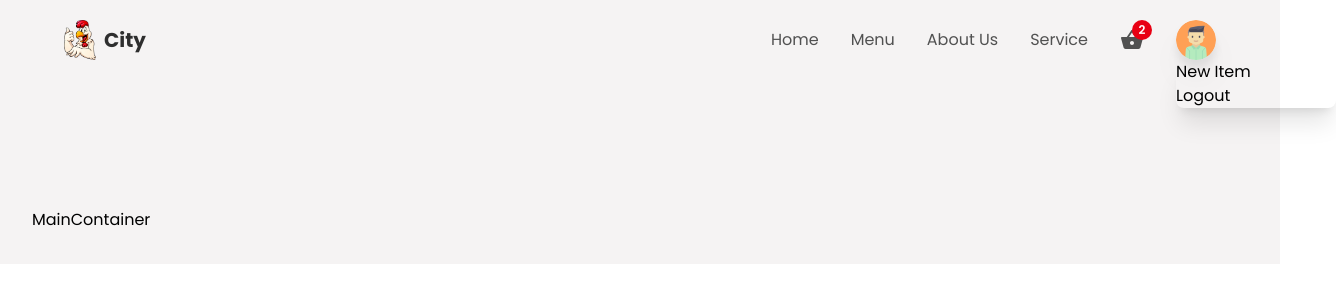
Repository: shorifuddin2/Responsive-Navbar-Redux-
Page: /
An editor plug-in stored every save of this project. The page is shown before and after a run of saves, followed by the edit.
The browser window is 1280 px wide. The page is 1336 px wide, so the pictures cover 1336 px, including what lies to the right of the window. The pictures show the whole page.
The project was rebuilt for these pictures with package versions that can differ from the ones it lists, and the page was loaded fresh each time. Also part of the build but not shown: src/Component/CreateContainer.jsx.

Above is the page before, as saved 2022-06-26 23:16:48.

### src/index.js
import React from "react";
import ReactDOM from "react-dom";
import './index.css'

import { BrowserRouter as Router } from "react-router-dom";

import App from './App'
import { StateProvider } from "./Component/context/StateProvider";
import { initialState } from "./Component/context/initalState";
import reducer from "./Component/context/reducer";

ReactDOM.render(
<Router>
<StateProvider initialState={initialState} reducer={reducer}>
    <App/>
</StateProvider>
</Router>
,

document.getElementById("root"));

### src/index.css
@import url(https://fonts.googleapis.com/css?family=Poppins:100,100italic,200,200italic,300,300italic,regular,italic,500,500italic,600,600italic,700,700italic,800,800italic,900,900italic);

*{
    margin: 0;
    padding: 0;
    box-sizing: border-box;
}

body{
    font-family: 'Poppins',sans-serif, system-ui, -apple-system, BlinkMacSystemFont, 'Segoe UI', Roboto, Oxygen, Ubuntu, Cantarell, 'Open Sans', 'Helvetica Neue', sans-serif;
}

html,
body{
    scroll-behavior: smooth;
}

@tailwind base;
@tailwind components;
@tailwind utilities;

### src/App.js
import React from 'react';
import { Routes, Route } from 'react-router-dom';
import { AnimatePresence } from 'framer-motion';
import { CreateContainer, Header, MainContainer } from './Component';

const App = () => {
    return (
       <AnimatePresence>
         <div className='w-screen h-auto flex-col bg-primary'>
            <Header/>

            <main className='mt-24 p-8 w-full'>
                 <Routes>
                    <Route path="/*" element={<MainContainer/>}/>
                    <Route path="/createItem" element={<CreateContainer/>}/>
                 </Routes>
            </main>
        </div>
       </AnimatePresence>
    );
};

export default App;

### src/Component/context/StateProvider.js
import React, {createContext, useContext, useReducer} from "react";

export const StateContext = createContext();

export const StateProvider =({reducer, initialState, children})=>(

    <StateContext.Provider value={useReducer(reducer, initialState)}>
        {children}
    </StateContext.Provider>
);


    export const useStateValue = () => useContext(StateContext)

### src/Component/context/initalState.js
import { fetchUser } from "../../utils/fetchLocalStorageData"


const userInfo = fetchUser()

export const initialState = {
    user: userInfo,
}

### src/Component/context/reducer.js
export const actionType ={
    SET_USER: "SET_USER",
};

const reducer = (state, action) =>{
    console.log(action);

    switch (action.type){
        case actionType.SET_USER:
            return{
                ...state,
                user: action.user,
            };
    }
}

export default reducer;

### src/Component/index.js
export {default as Header} from "./Header";
export {default as MainContainer} from "./MainContainer";
export {default as CreateContainer} from "./CreateContainer";

### src/utils/fetchLocalStorageData.js
export const fetchUser =()=>{
    const userInfo = localStorage.getItem("user") !== "undefined"
    ? JSON.parse(localStorage.getItem("user"))
    : localStorage.clear();
    return userInfo;
};

### src/Component/Header.jsx
import React from 'react';
import {MdShoppingBasket} from "react-icons/md"
import { motion} from "framer-motion";
import Logo from "../img/logo.png";
import Avatar from "../img/avatar.png"
import { Link } from 'react-router-dom';

import { getAuth, signInWithPopup, GoogleAuthProvider } from "firebase/auth";
import { app } from '../firebase.config';
import { async } from '@firebase/util';
import { useStateValue } from './context/StateProvider';
import { actionType } from './context/reducer';

const Header = () => {

    const firebaseAuth = getAuth(app);
    const provider = new GoogleAuthProvider();

    const[{user}, dispatch] = useStateValue()

    const Login = async ()=>{
        if(!user){
            const {user : {refreshToken, providerData}} = await signInWithPopup(firebaseAuth, provider);
            dispatch({
            type : actionType.SET_USER,
            user: providerData[0],
        })
        localStorage.setItem("user", JSON.stringify(providerData[0]));
        }
    }
    return (
        <header className='flexed z-50 w-screen p-5 px-16'>
            {/* desktop & tablet */}
            <div className='hidden md:flex w-full h-full items-center justify-between'>
                <Link to={"/"} className='flex items-center gap-2'>
                <img src={Logo} className="w-8 object-cover" alt="logo" />
                    <p className='text-headingColor text-xl font-bold'>City</p>
                </Link>

                <div className='flex items-center gap-8'>
                <ul className='flex items-center gap-8'>
                    <li className='text-base text-textColor hover:text-headingColor duration-100 transition-all ease-in-out cursor-pointer'>Home</li>
                    <li className='text-base text-textColor hover:text-headingColor duration-100 transition-all ease-in-out cursor-pointer'>Menu</li>
                    <li className='text-base text-textColor hover:text-headingColor duration-100 transition-all ease-in-out cursor-pointer'>About Us</li>
                    <li className='text-base text-textColor hover:text-headingColor duration-100 transition-all ease-in-out cursor-pointer'>Service</li>
                </ul>

                <div className='relative flex items-center justify-center'>
                    <MdShoppingBasket className='text-textColor text-2xl cursor-pointer'/>
                    <div className='absolute -top-2 -right-2 w-5 h-5 rounded-full bg-cartNumBg flex items-center justify-center'>
                        <p className='text-xs text-white font-semibold'>2</p>
                    </div>
                </div>
                <div className='relative'>
                <motion.img whileTap={{scale: 0.6}} src={user ? user.photoURL : Avatar} className="w-10 min-w-[40px] h-10 min-h-[40px] drop-shadow-xl cursor-pointer rounded-full" alt="UserProfile" onClick={Login}/>

                <div className='w-40 bg-gray- shadow-xl rounded-lg flex flex-col absolute'>
                    <p>New Item</p>
                    <p>Logout</p>
                </div>
                </div>
                </div>
            </div>

            {/* mobile */}
            <div className='flex md:hidden w-full h-full'>

            </div>
        </header>
    );
};

export default Header;

### src/Component/MainContainer.jsx
import React from 'react';

const MainContainer = () => {
    return (
        <div>
            MainContainer
        </div>
    );
};

export default MainContainer;

### src/firebase.config.js
import { getApp, getApps, initializeApp} from "firebase/app";
import {getFirestore} from "firebase/firestore";
import {getStorage} from "firebase/storage";

const firebaseConfig = {
    apiKey: "AIzaSyBL8A9yVC_6DQs2p30Fez5Aq6ffbL2fovU",
    authDomain: "restaurant-51b59.firebaseapp.com",
    databaseURL: "https://restaurant-51b59-default-rtdb.firebaseio.com",
    projectId: "restaurant-51b59",
    storageBucket: "restaurant-51b59.appspot.com",
    messagingSenderId: "537617740410",
    appId: "1:537617740410:web:4baacec6d1b10b994cc1c3"
  };

  const app = getApps.length > 0 ? getApp() : initializeApp(firebaseConfig);
  const firestore = getFirestore(app);
  const storage = getStorage(app);

  export {app, getFirestore, storage}

### tailwind.config.js
/** @type {import('tailwindcss').Config} */
module.exports = {
  content: [
    "./src/**/*.{js,jsx,ts,tsx}",
  ],
  theme: {
    extend: {
      width:{
        150: "150px",
        190: "190px",
        225: "225px",
        275: "275px",
        300: "300px",
        340: "340px",
        350: "350px",
        375: "375px",
        460: "460px",
        656: "656px",
        880: "880px",
        508: "508px",
      },
      height:{
        80: "80px",
        150: "150px",
        225: "225px",
        300: "300px",
        340: "340px",
        370: "370px",
        420: "420px",
        510: "510px",
        685: "685px",
        800: "800px",
        "90vh": "90vh",
      },
      minWidth:{
        210: "210px",
        350: "350px",
        620: "620px",
      },
      screens: {
        sm: "640px",
        md: "768px",
        lg: "1024px",
        xl: "1280px",
        "2xl": "1536px",
      },
      colors: {
        headingColor : "#2e2e2e",
        textColor : "#515151",
        cartNumBg : "#e80013",
        primary : "#f5f3f3"

      }
    },
  },
  plugins: [],
}

Loaded but not shown: public/index.html (common file)

After the next 6 saves:
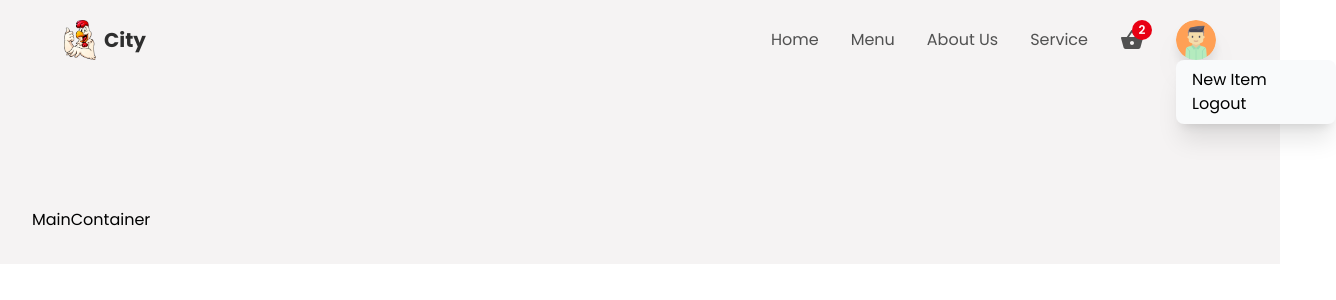
The 6 saves are shown as one change because they came seconds apart.
The last was saved 29 s later.
--- a/src/Component/Header.jsx
+++ b/src/Component/Header.jsx
@@ -54,7 +54,7 @@ const Header = () => {
                 <div className='relative'>
                 <motion.img whileTap={{scale: 0.6}} src={user ? user.photoURL : Avatar} className="w-10 min-w-[40px] h-10 min-h-[40px] drop-shadow-xl cursor-pointer rounded-full" alt="UserProfile" onClick={Login}/>
 
-                <div className='w-40 bg-gray- shadow-xl rounded-lg flex flex-col absolute'>
+                <div className='w-40 bg-gray-50 shadow-xl rounded-lg flex flex-col absolute px-4 py-2'>
                     <p>New Item</p>
                     <p>Logout</p>
                 </div>
